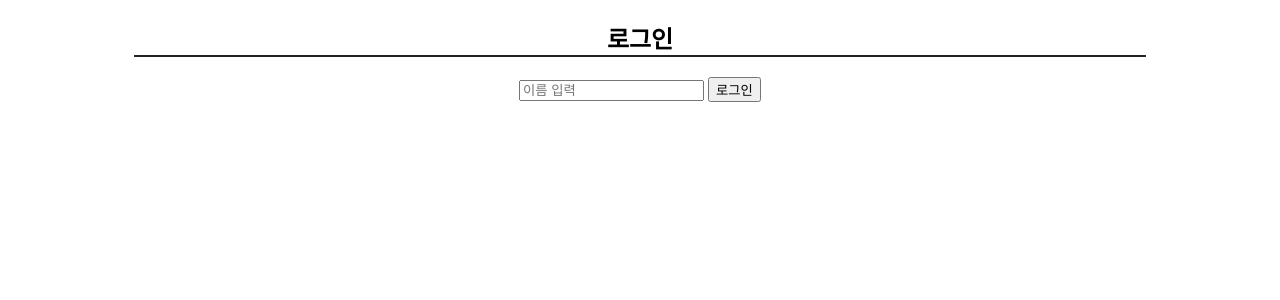
Repository: kiyongee2/space_jspworks
Page: http://localhost/jweb01/cart/loginForm.jsp
The author's editor kept a copy of each file at every save. The page is drawn from the files as they stood at one save, then again after the next save.
The browser window is 1280 px wide. The pictures show the whole page.
The page is served by Tomcat 10.

Above is the page before, as saved 2025-10-13 03:05:56.

After the next save:
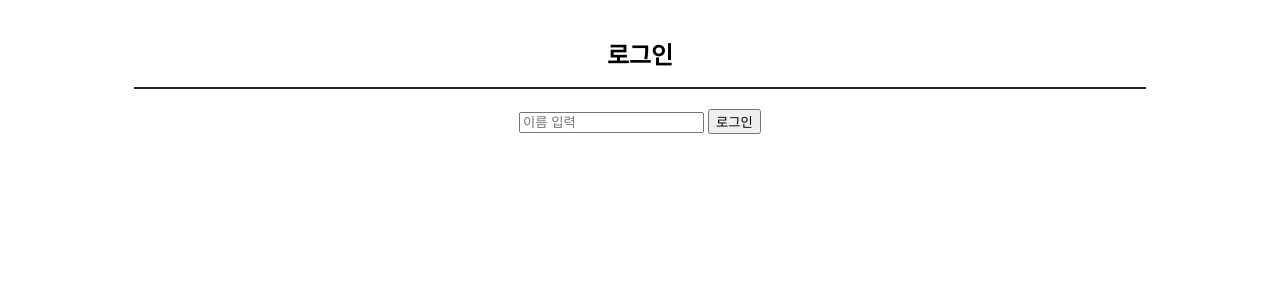
Saved 20 s later.
--- a/jweb01/src/main/webapp/cart/loginForm.jsp
+++ b/jweb01/src/main/webapp/cart/loginForm.jsp
@@ -7,7 +7,7 @@
 <title>로그인 폼</title>
 <style>
 	#container{width: 80%; margin: 0 auto; text-align: center;}
-	h2{border-bottom: 2px solid #222;}
+	h2{border-bottom: 2px solid #222; padding: 16px;}
 </style>
 </head>
 <body>
